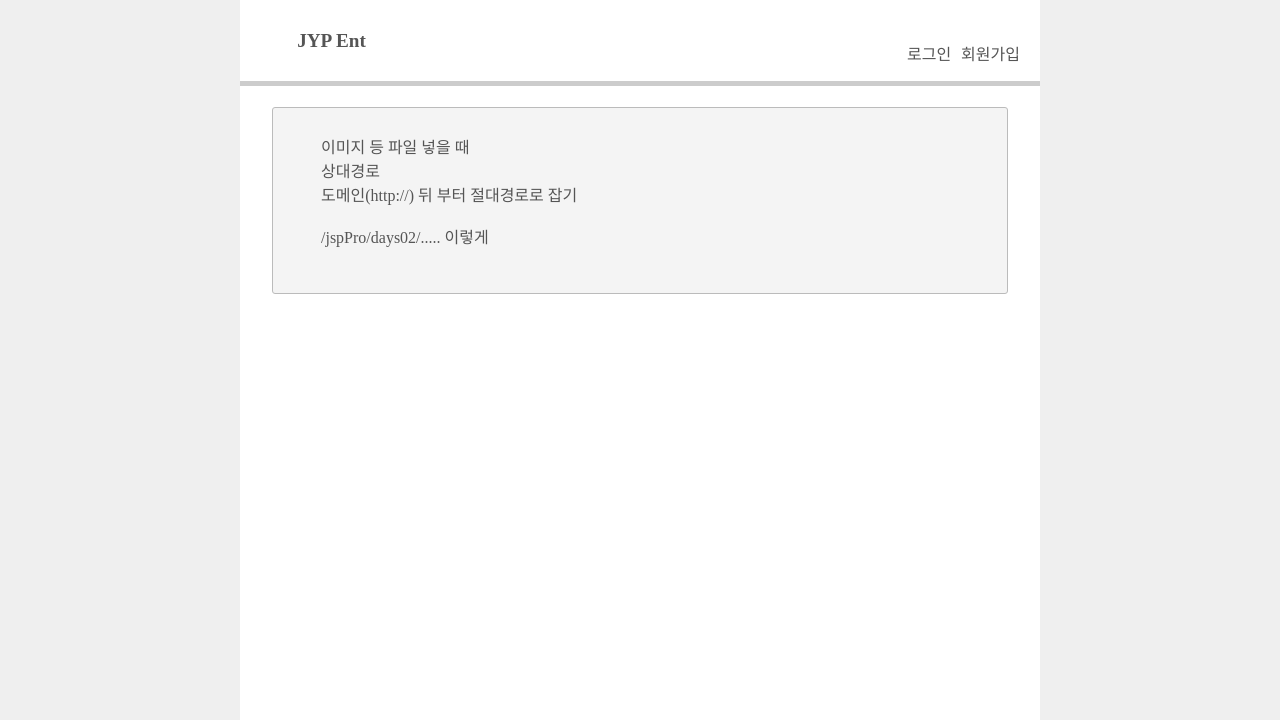
Repository: junyong231/JSP-SSIT
Page: http://localhost/jspPro/days02/ex02.jsp
An editor plug-in stored every save of this project. The page is shown before and after a run of saves, followed by the edit.
The browser window is 1280 px wide. The pictures show the whole page.
Some web fonts or font styles are not loaded; a fallback is used. The page is served by Tomcat 9.

Above is the page before, as saved 2024-10-16 05:47:56.

After the next 2 saves:
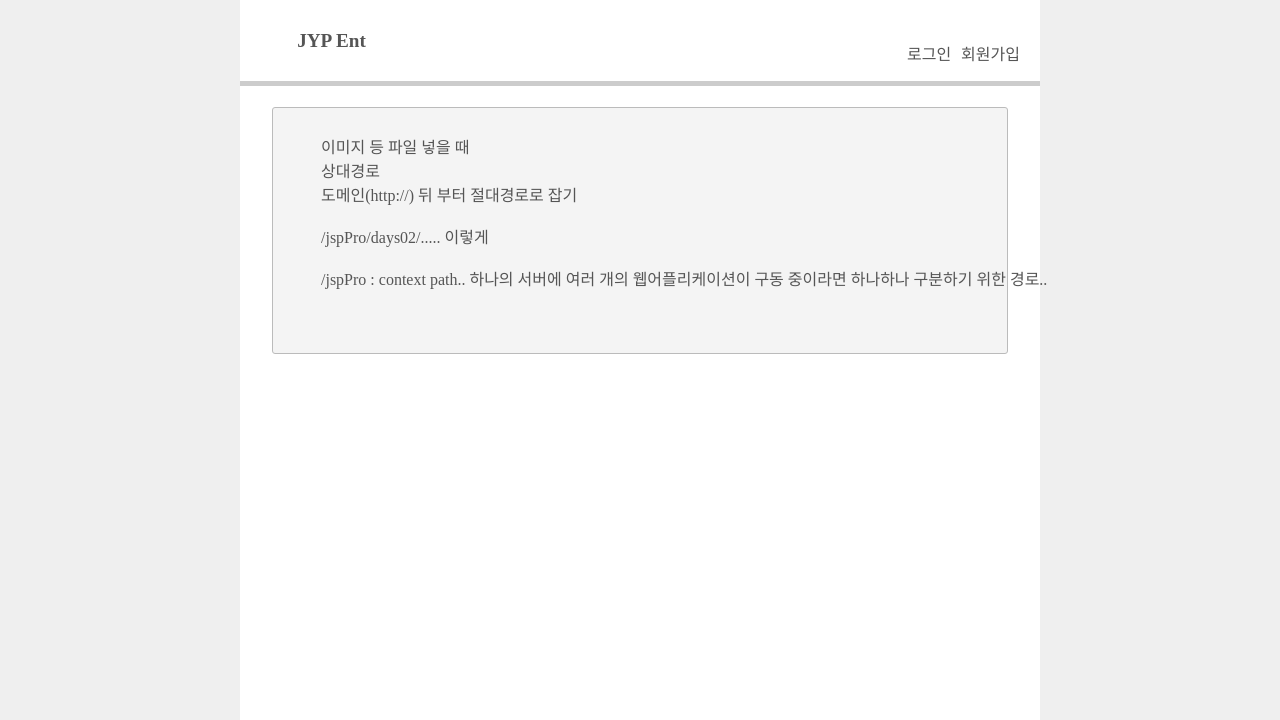
The 2 saves are shown as one change because they came seconds apart.
The last was saved 60 s later.
--- a/jspPro/src/main/webapp/days02/ex02.jsp
+++ b/jspPro/src/main/webapp/days02/ex02.jsp
@@ -32,6 +32,9 @@
 
     	/jspPro/days02/..... 이렇게
 
+    	/jspPro : context path.. 하나의 서버에 여러 개의 웹어플리케이션이 구동 중이라면 하나하나 구분하기 위한 경로..
+
+
   </xmp>
 </div>
 </body>
